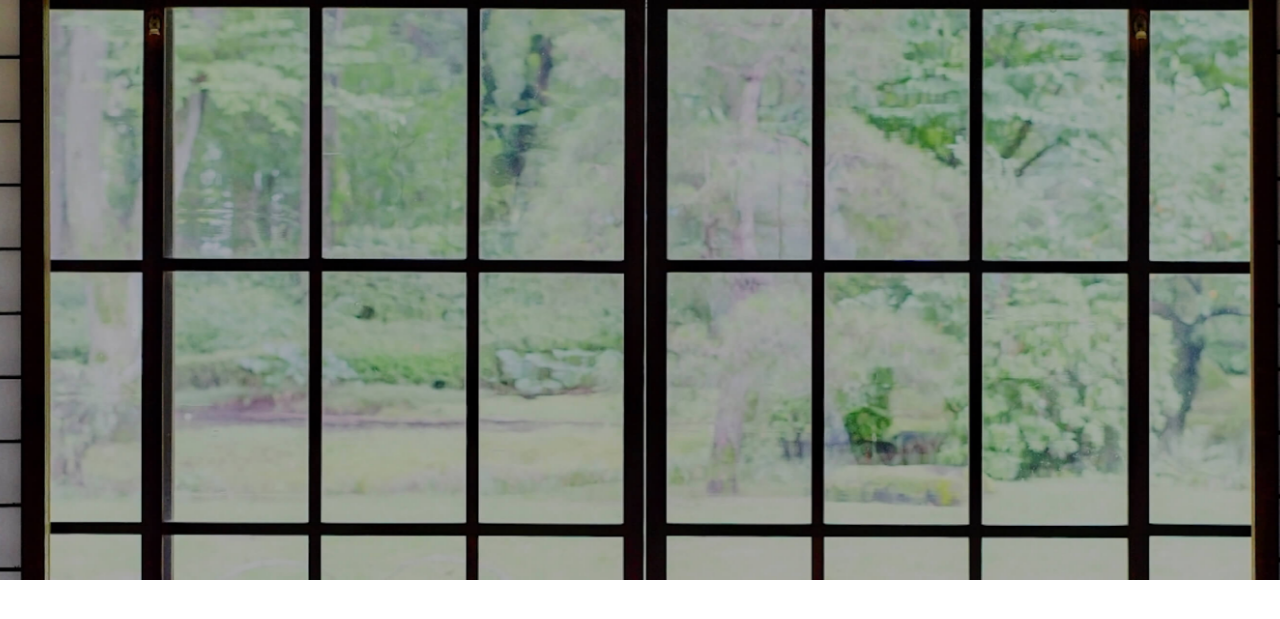
Repository: yuukiyokoyama/compex1
Page: hot-spring.html
These files come from the project's save history. The page is drawn as it stood at one moment and after the next save; the edit follows.
The browser window is 1280 px wide. The pictures show the whole page.
The style sheet was rebuilt from its Sass, Less or Tailwind sources for each picture, by a compiler version that may differ from the author's.

Above is the page before, as saved 2021-09-19 23:26:00.

After the next save:
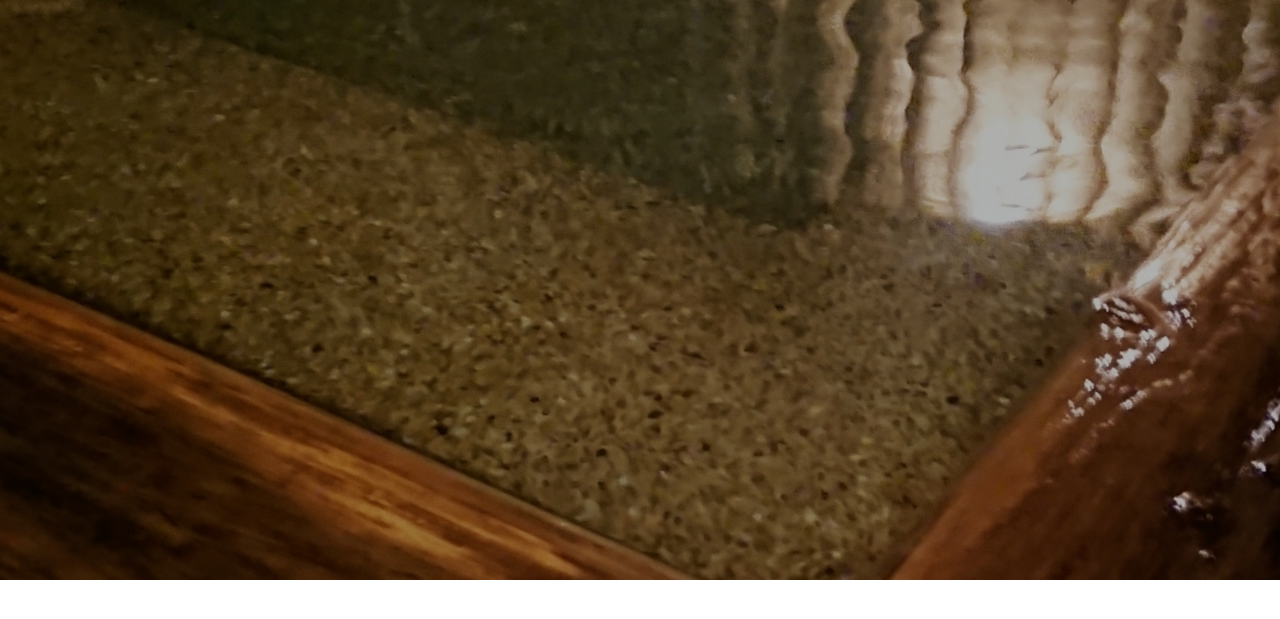
Saved 37 s later.
--- a/hot-spring.html
+++ b/hot-spring.html
@@ -82,6 +82,6 @@
     <meta name="robots" content="noindex" />
   </head>
   <body data-aos-easing="ease" data-aos-duration="400" data-aos-delay="0">
-    <div class="lower-fv" style="background-image: url(/images/oheya-header@2x.jpg)"></div>
+    <div class="lower-fv" style="background-image: url(/images/onsen-header@2x.jpg)"></div>
   </body>
 </html>
